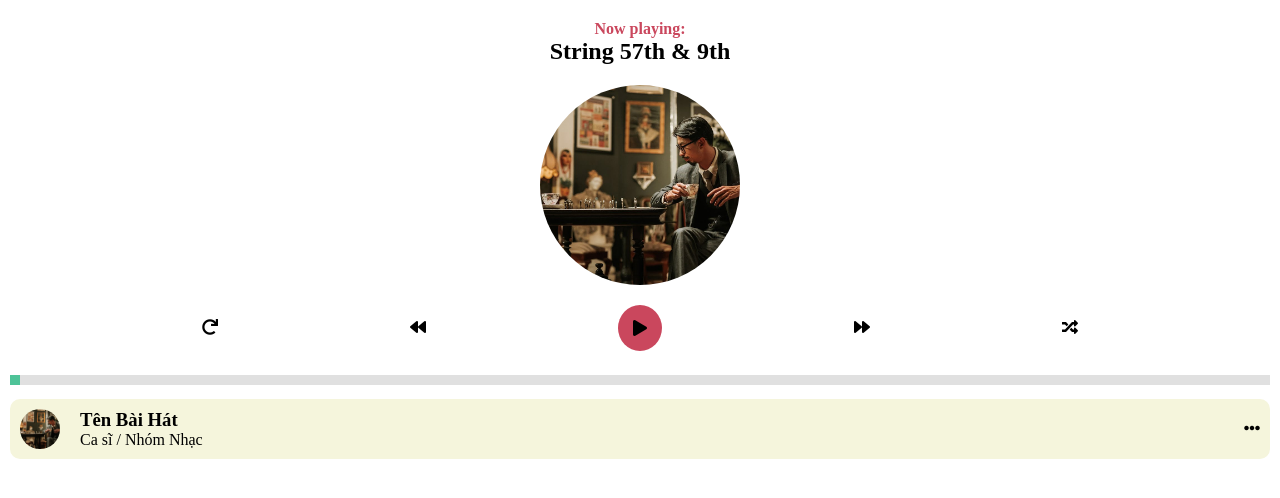
Repository: dovanthao2404/AppMusicPlayer
Page: index.html
These files come from the project's save history. The page is drawn as it stood at one moment and after a run of saves; the edit follows.
The browser window is 1280 px wide. The pictures show the whole page.

Above is the page before, as saved 2021-06-28 10:41:46.

### index.html
<!DOCTYPE html>
<html lang="en">

<head>
  <meta charset="UTF-8">
  <meta http-equiv="X-UA-Compatible" content="IE=edge">
  <meta name="viewport" content="width=device-width, initial-scale=1.0">
  <title>Music</title>
  <!-- FONTAWESOME -->
  <link rel="stylesheet" href="https://cdnjs.cloudflare.com/ajax/libs/font-awesome/5.15.3/css/all.min.css"
    integrity="sha512-iBBXm8fW90+nuLcSKlbmrPcLa0OT92xO1BIsZ+ywDWZCvqsWgccV3gFoRBv0z+8dLJgyAHIhR35VZc2oM/gI1w=="
    crossorigin="anonymous" referrerpolicy="no-referrer" />
  <!-- MAIN CSS -->
  <link rel="stylesheet" href="./css/app.css">
</head>

<body>
  <div class="player">
    <div class="dashboards">
      <!-- HEADER -->
      <header>
        <h4>Now playing:</h4>
        <h2>String 57th & 9th</h2>
      </header>

      <!-- CD -->
      <div id="cd" class="cd">
        <div class="thumb">
          <img src="./img/loinho.jpg" alt="">
        </div>
      </div>

      <!-- CONTROL -->
      <div class="controls" class="controls">
        <div class="btn btn-repeat">
          <i class="fa fa-redo"></i>
        </div>
        <div class="btn btn-prev">
          <i class="fa fa-backward"></i>
        </div>
        <div class="btn btn-toggle-play">
          <i class="fa fa-play"></i>
          <i class="fa fa-pause"></i>
        </div>
        <div class="btn btn-next">
          <i class="fa fa-forward"></i>
        </div>
        <div class="btn btn-random">
          <i class="fa fa-random"></i>
        </div>
      </div>

      <!-- PROGRESS -->
      <input id="progress" class="progress" value="0" step="1" min="0" max="100" type="range">

      <!-- AUDIO -->
      <audio id="audio" src="./music/trontim.mp3"></audio>

      <!-- PLAY LIST -->
      <div class="playlist">
        <div class="song">
          <div class="thumb">
            <img src="./img/loinho.jpg" alt="">
          </div>
          <div class="body">
            <h3 class="title">Tên Bài Hát</h3>
            <p class="author">Ca sĩ / Nhóm Nhạc</p>
          </div>
          <div class="option">
            <i class="fa fa-ellipsis-h"></i>
          </div>
        </div>
      </div>
    </div>
  </div>
  <script src="./js/app.js"></script>
</body>

</html>

### css/app.css
/* GLOBAL */
* {
  padding: 0;
  margin: 0;
  box-sizing: border-box;
}
/* PLAYER */
.dashboards {
  margin: 0 10px;
}
header {
  text-align: center;
  margin: 20px 0;
}
header h4 {
  color: rgb(202, 71, 93);
}
.cd {
  position: relative;
}
.cd .thumb {
  width: 200px;
  height: 200px;
  position: absolute;
  top: 50%;
  left: 50%;
  transform: translate(-50%);
}
.cd .thumb img {
  border-radius: 50%;
  width: 100%;
  height: 100%;
  object-fit: cover;
}
.controls {
  display: flex;
  justify-content: space-evenly;
  align-items: center;
  margin-top: 240px;
  margin-bottom: 20px;
}
.btn-toggle-play .fa {
  padding: 15px;
  border-radius: 50%;
  background-color: rgb(202, 71, 93);
}
.controls .fa-pause {
  display: none;
}
.progress {
  -webkit-appearance: none;
  width: 100%;
  height: 10px;
  background: #d3d3d3;
  outline: none;
  opacity: 0.7;
  transition: opacity 0.2s;
}
.progress::-webkit-slider-thumb {
  -webkit-appearance: none;
  appearance: none;
  width: 10px;
  height: 10px;
  background: #04aa6d;
  cursor: pointer;
}
.progress::-moz-range-thumb {
  width: 10px;
  height: 10px;
  background: #04aa6d;
  cursor: pointer;
}
.song {
  margin: 10px 0;
  background-color: beige;
  display: flex;
  align-items: center;
  padding: 10px;
  border-radius: 10px;
  position: relative;
}
.song .thumb {
  width: 40px;
  height: 40px;
}
.song .thumb img {
  width: 100%;
  height: 100%;
  border-radius: 50%;
  object-fit: cover;
}
.song .body {
  margin-left: 20px;
}
.song .option {
  position: absolute;
  right: 0;
  margin-right: 10px;
}

Loaded but not shown: js/app.js (no stored copy; drawn as an empty file)

After the next 3 saves:
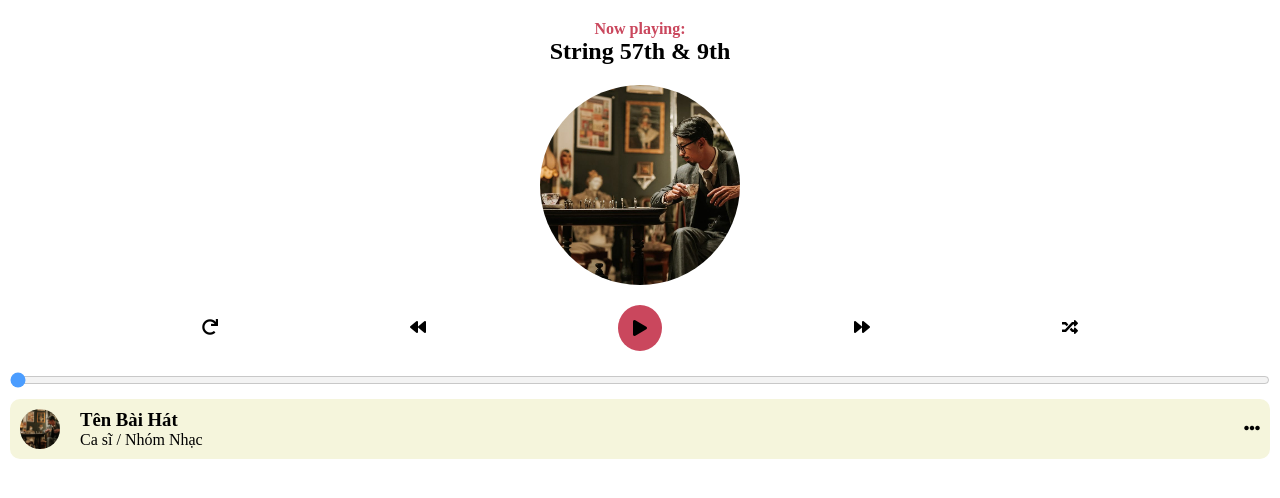
The 3 saves are shown as one change because they came seconds apart.
The last was saved 43 s later.
--- a/css/app.css
+++ b/css/app.css
@@ -48,7 +48,7 @@
   display: none;
 }
 .progress {
-  -webkit-appearance: none;
+  /* -webkit-appearance: none; */
   width: 100%;
   height: 10px;
   background: #d3d3d3;

After the save that followed:
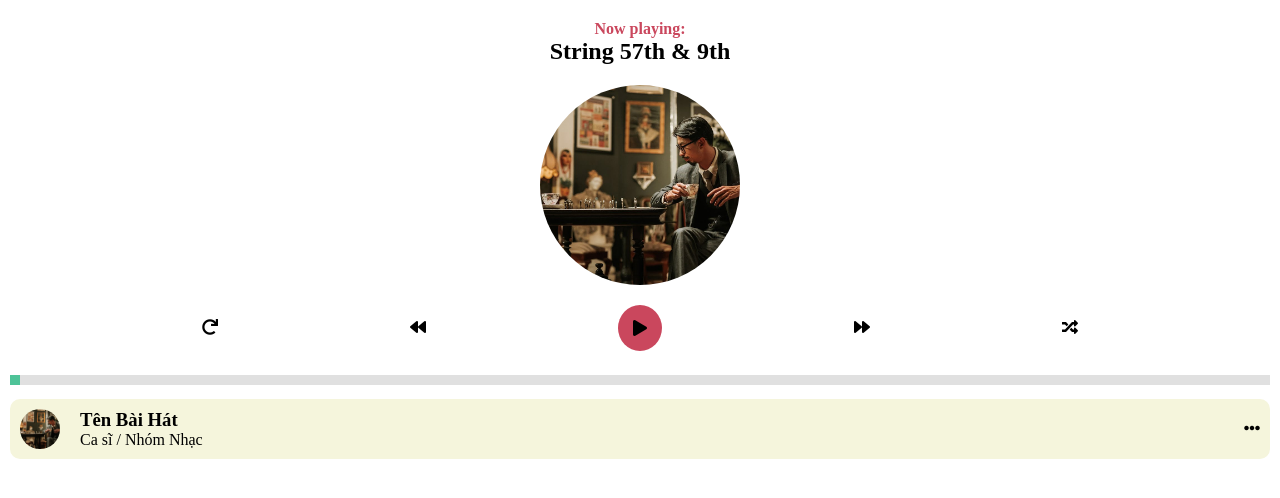
Saved 5 s later.
--- a/css/app.css
+++ b/css/app.css
@@ -48,7 +48,7 @@
   display: none;
 }
 .progress {
-  /* -webkit-appearance: none; */
+  -webkit-appearance: none;
   width: 100%;
   height: 10px;
   background: #d3d3d3;
